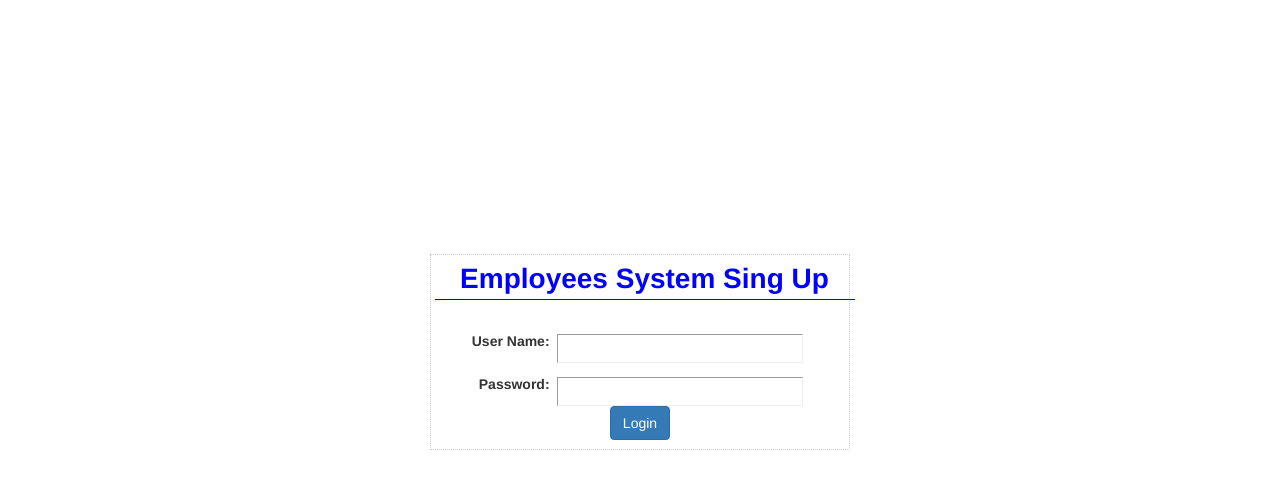
Repository: Hossam-Ali-zz/Employee-System
Page: http://localhost/Employee/createUser.jsp
The author's editor kept a copy of each file at every save. The page is drawn from the files as they stood at one save, then again after the next save.
The browser window is 1280 px wide. The pictures show the whole page.
Some web libraries are served in a nearby version. The page is served by Tomcat 9. Nobody is signed in. The application's start-up code is not run. Other server files are loaded and not shown.

Above is the page before, as saved 2017-04-04 09:56:59.

### Employee/WebContent/createUser.jsp
<%@ page language="java" contentType="text/html; charset=ISO-8859-1"
	pageEncoding="ISO-8859-1"%>
<!DOCTYPE html PUBLIC "-//W3C//DTD HTML 4.01 Transitional//EN" "http://www.w3.org/TR/html4/loose.dtd">
<html>
<head>
<meta http-equiv="Content-Type" content="text/html; charset=ISO-8859-1">
<title>Sign Up</title>
<link rel="stylesheet"
	href="https://maxcdn.bootstrapcdn.com/bootstrap/3.3.7/css/bootstrap.min.css">
<script
	src="https://ajax.googleapis.com/ajax/libs/jquery/3.1.1/jquery.min.js"></script>
<script
	src="https://maxcdn.bootstrapcdn.com/bootstrap/3.3.7/js/bootstrap.min.js"></script>
<style type="text/css">
html, body {
	height: 100%;
	padding: 0;
	margin: 0;
}

form {
	width: 30em;
	height: 14em;
	margin: -5em auto 0 auto;
	position: relative;
	top: 45%;
	border: 1px dotted #ccc;
	padding: .25em;
}

fieldset {
	margin: 0;
	border: 0;
	padding: 0;
	text-align: center;
}

legend {
	float: left;
	font-size: 200%;
	text-align: center;
	color: blue;
	font-weight: bold;
	border-bottom: 1px solid blue;
	width: 15em;
	padding: 0;
}

label, label+input {
	display: inline;
	float: left;
	margin-top: 1em;
}

label {
	text-align: right;
	width: 28%;
	clear: left;
	margin-top: .8em;
}

label+input {
	width: 60%;
	padding: .25em;;
	margin-left: .5em;
	border: 1px inset;
	margin-left:
}

#sub {
	margin-top: 1em;
	position: relative;
	float: left;
	clear: left;
	margin-left: 29%
}
</style>
</head>
<body>
	<form action="createUser" method="POST">
		<fieldset>
			<legend>Employees System Sing Up</legend>
			<label>User Name: </label><input type="text" name="userName" id="userName">
			<label>Password: </label><input type="password"
				name="password" id="password"> <input
				class="btn btn-primary btn-md" type="submit" value="Login">
		</fieldset>
	</form>
</body>
</html>

After the next save:
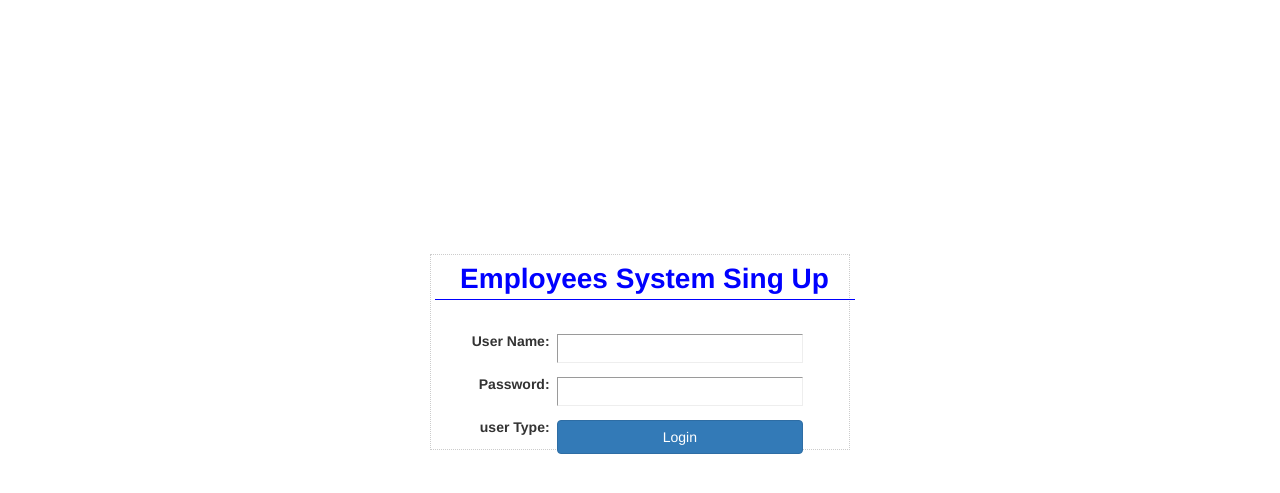
Saved 27 s later.
--- a/Employee/WebContent/createUser.jsp
+++ b/Employee/WebContent/createUser.jsp
@@ -80,10 +80,12 @@ label+input {
 	<form action="createUser" method="POST">
 		<fieldset>
 			<legend>Employees System Sing Up</legend>
-			<label>User Name: </label><input type="text" name="userName" id="userName">
-			<label>Password: </label><input type="password"
-				name="password" id="password"> <input
-				class="btn btn-primary btn-md" type="submit" value="Login">
+			<label>User Name: </label>
+			<input type="text" name="userName" id="userName">
+			<label>Password: </label>
+			<input type="password" name="password" id="password">
+			<label>user Type: </label>
+			<input class="btn btn-primary btn-md" type="submit" value="Login">
 		</fieldset>
 	</form>
 </body>
